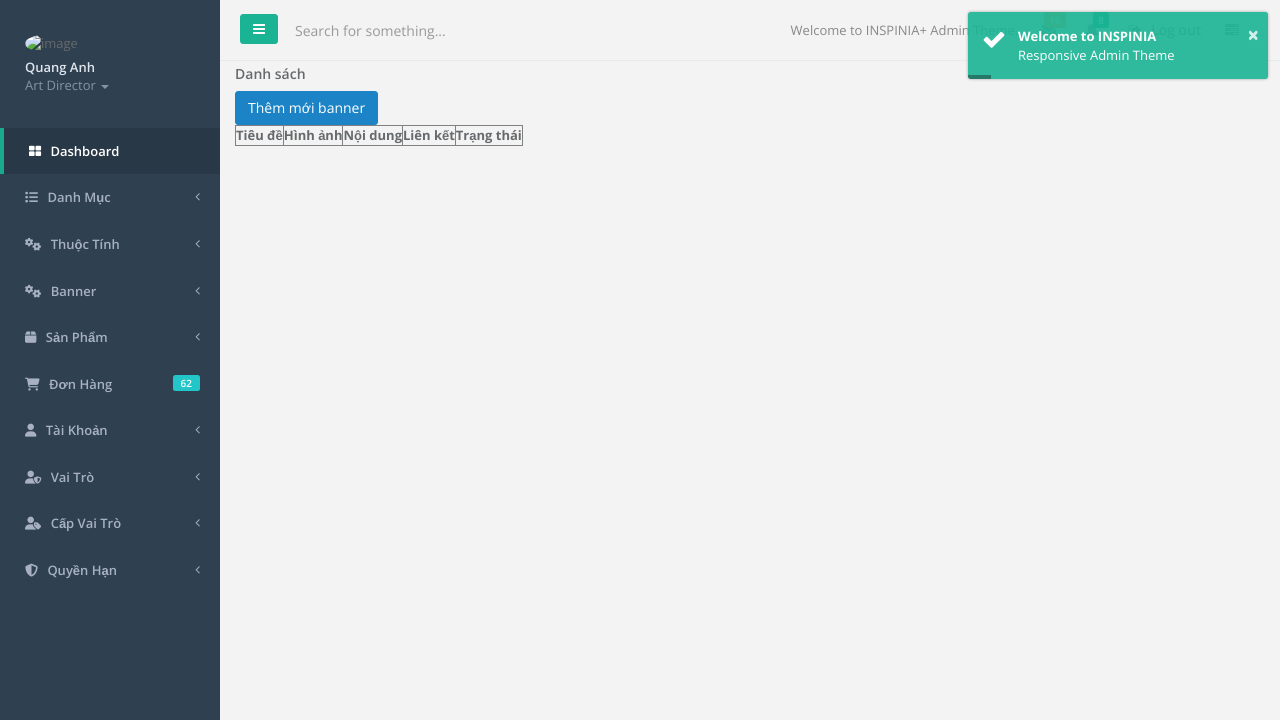
Repository: anhnqph37744/datn-nalure-fishing
Page: http://localhost/dashboard/banner
The author's editor kept a copy of each file at every save. The page is drawn from the files as they stood at one save, then again after the next save.
The browser window is 1280 px wide. The pictures show the whole page.
The page is served by the project's Laravel application, run on PHP 8.4 with Laravel 10. Queries for data that is not in the repository find no rows.

Above is the page before, as saved 2025-03-17 15:44:44.
Console error: TypeError: Cannot read properties of undefined (reading 'plugins')

After the next save:
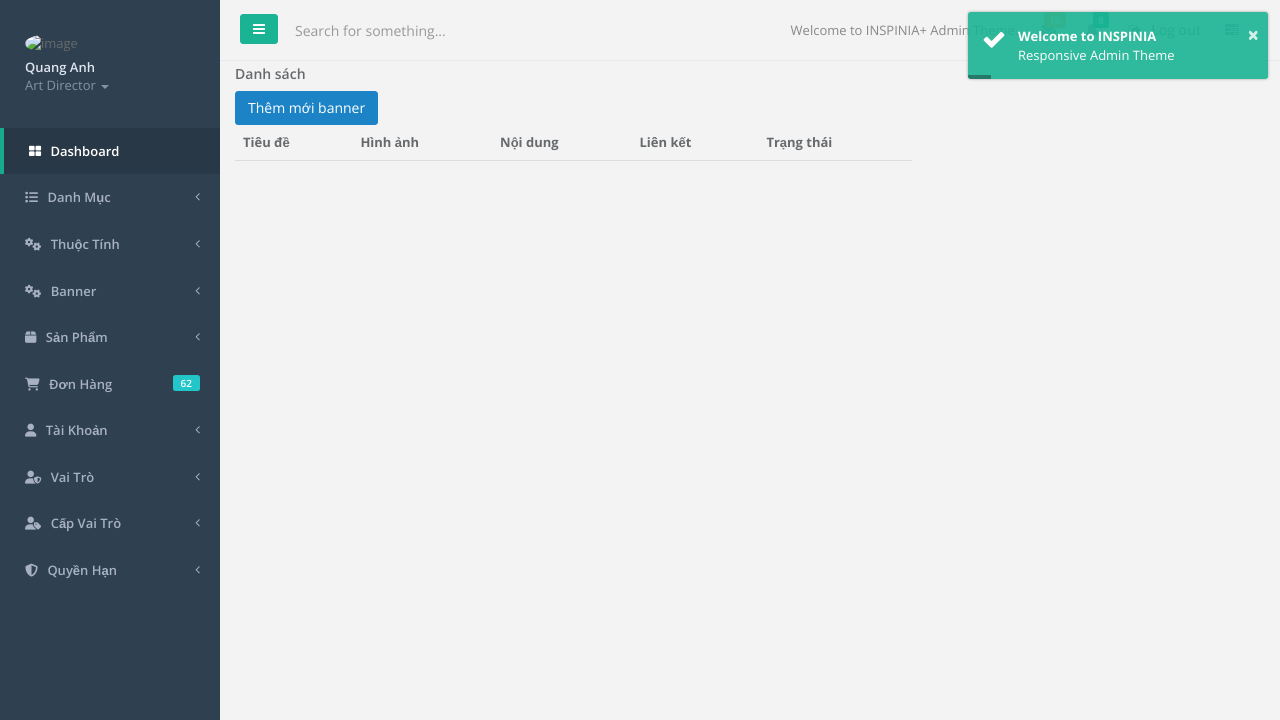
Saved 23 s later.
--- a/resources/views/admin/banner/index.blade.php
+++ b/resources/views/admin/banner/index.blade.php
@@ -190,7 +190,7 @@
                                         class="ri-add-line align-bottom me-1"></i> Thêm mới banner</a>
                             </div>
                         </div><!-- end card header -->
-                        <table border="1">
+                        <table class="table table">
                             <thead>
                                 <tr>
                                     <th>Tiêu đề</th>
